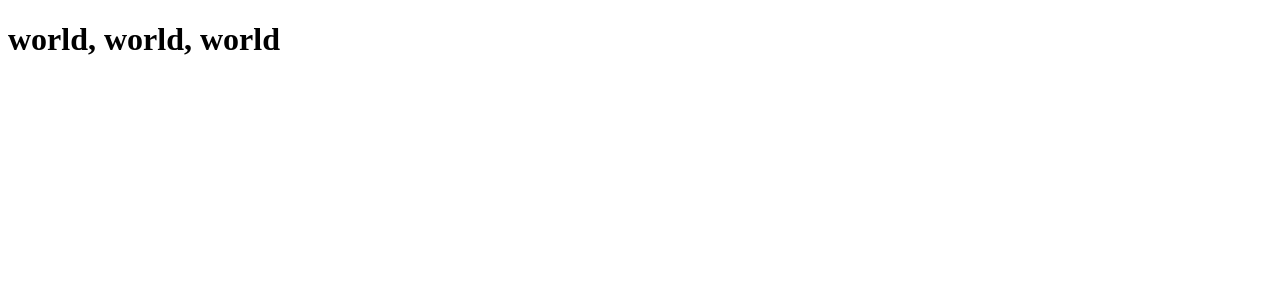
Repository: bbiot317/JSP
Page: http://localhost/Study01/
These files come from the project's save history. The page is drawn as it stood at one moment and after the next save; the edit follows.
The browser window is 1280 px wide. The pictures show the whole page.
The page is served by Tomcat 9.

Above is the page before, as saved 2022-05-30 01:08:21.

After the next save:
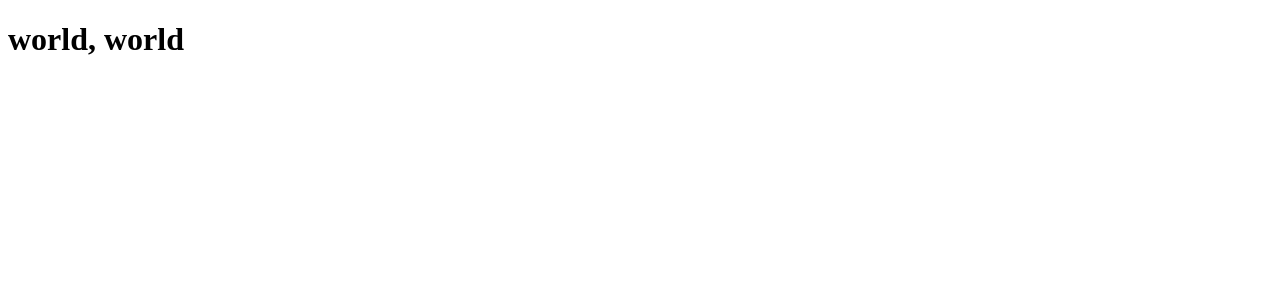
Saved 29 min 5 s later.
--- a/Study01/src/main/webapp/index.jsp
+++ b/Study01/src/main/webapp/index.jsp
@@ -1,12 +1,12 @@
 <%@ page language="java" contentType="text/html; charset=utf-8"
     pageEncoding="utf-8"%>
 <!DOCTYPE html>
-	<html>
+<html>
 	<head>
 		<meta charset="utf-8">
 		<title>ㅔㅈ목 여기</title>
 	</head>
 	<body>
-		<h1>world, world, world</h1>
+		<h1>world, world</h1>
 	</body>
 </html>
